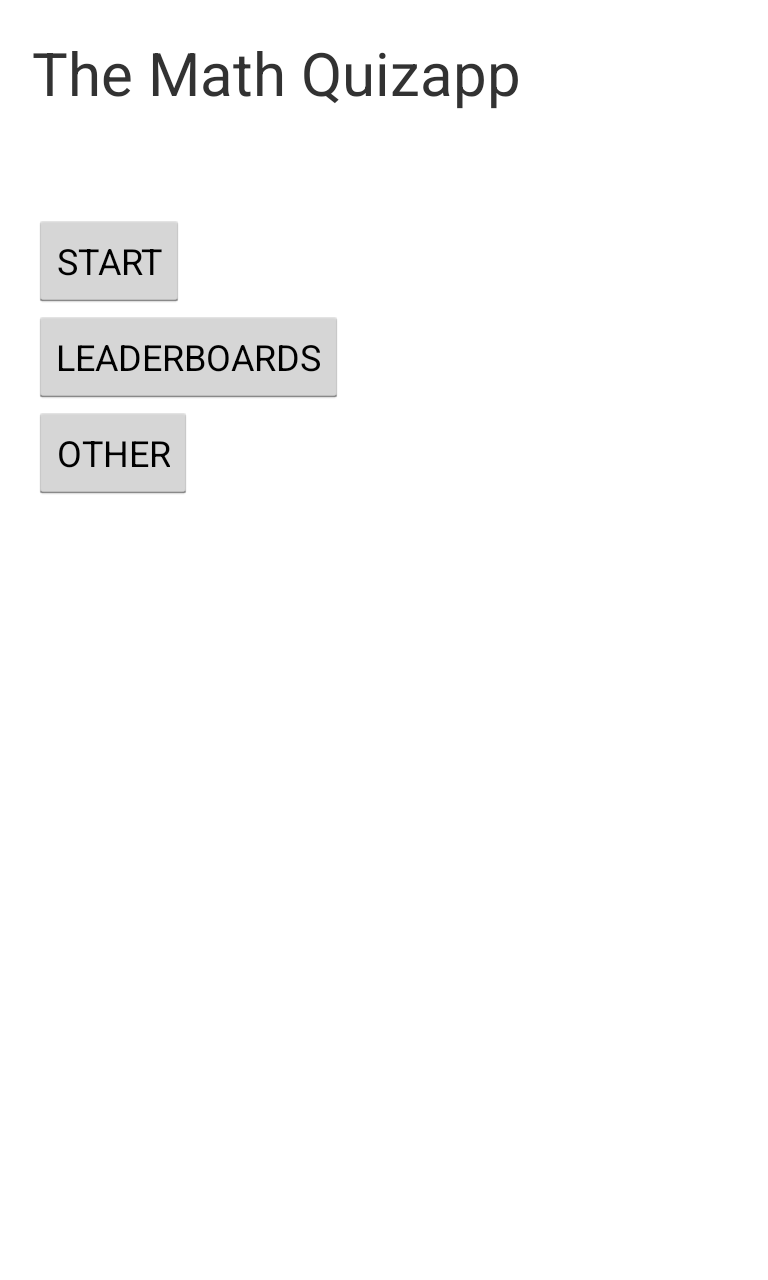
Repository: l2y/MathQuizApp
Layout: MathQuiz/res/layout/activity_start.xml
These files come from the project's save history. The layout is drawn as it stood at one moment and after the next save; the edit follows.
It is drawn on a 768 x 1280 px phone screen (xhdpi) without system bars, with theme AppTheme; the app's code is not run.

Above is the layout before, as saved 2014-04-08 00:49:54.

After the next save:
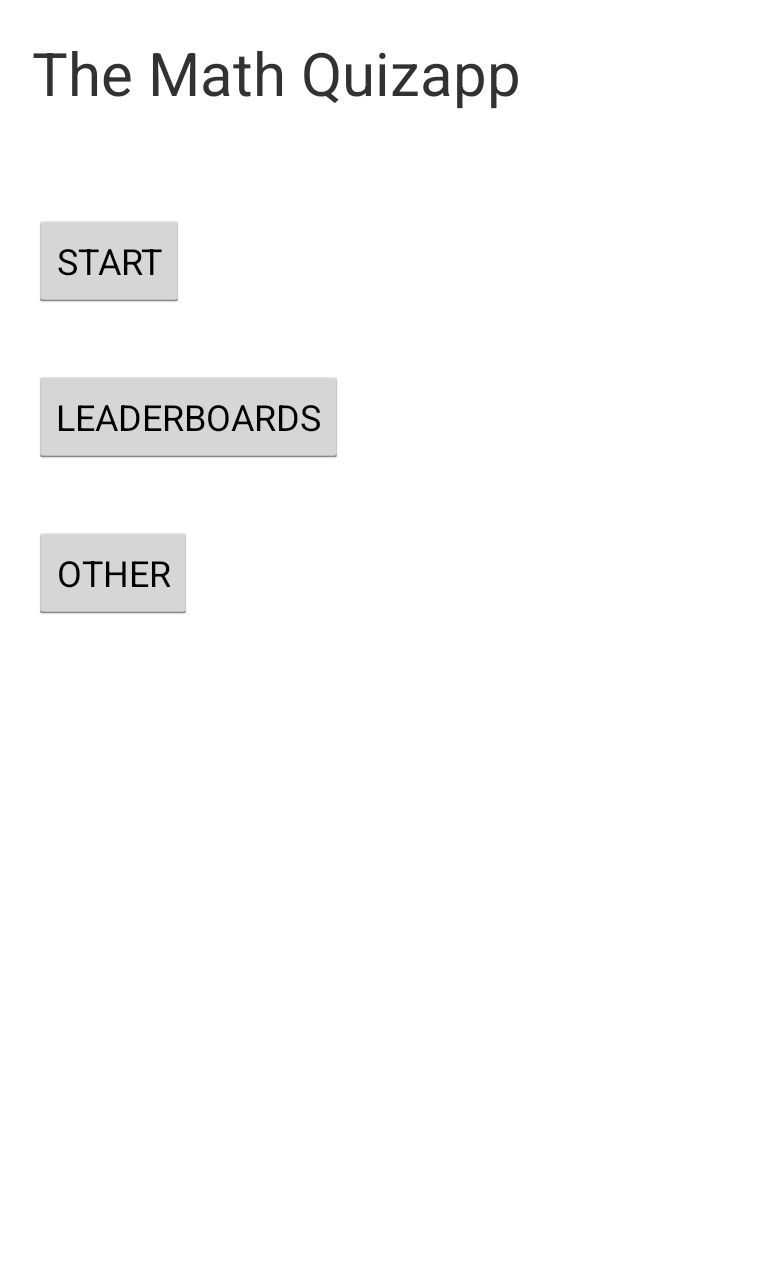
Saved 41 s later.
--- a/MathQuiz/res/layout/activity_start.xml
+++ b/MathQuiz/res/layout/activity_start.xml
@@ -20,16 +20,19 @@
     <Button
         android:layout_width="wrap_content"
         android:layout_height="wrap_content"
-        android:text="@string/start"/>
+        android:text="@string/start"
+        android:layout_marginBottom="30sp"/>
 
     <Button
         android:layout_width="wrap_content"
         android:layout_height="wrap_content"
-        android:text="@string/leaderboards"/>
+        android:text="@string/leaderboards"
+        android:layout_marginBottom="30sp"/>
 
     <Button
         android:layout_width="wrap_content"
         android:layout_height="wrap_content"
-        android:text="@string/other"/>
+        android:text="@string/other"
+        android:layout_marginBottom="30sp"/>
 
 </LinearLayout>
